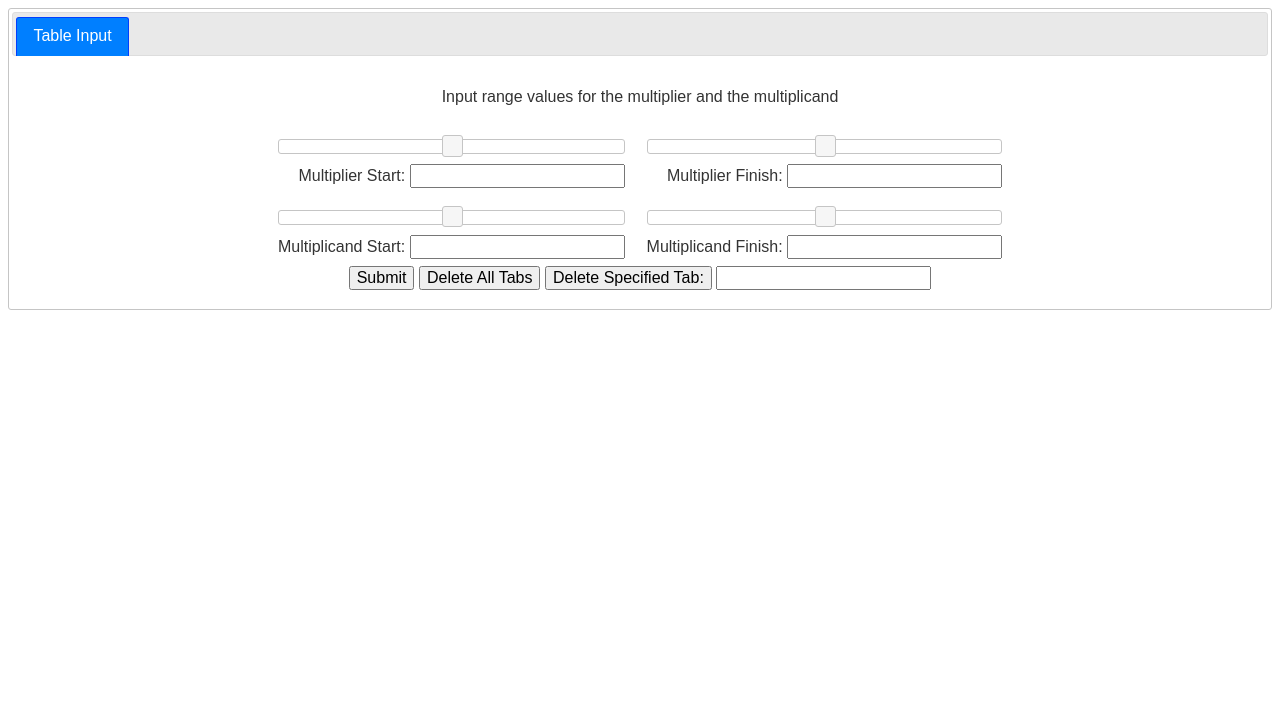
Repository: khrasna/HW4Part2
Page: index.html
An editor plug-in stored every save of this project. The page is shown before and after the next save, followed by the edit.
The browser window is 1280 px wide. The pictures show the whole page.
Some web libraries are served in a nearby version.

Above is the page before, as saved 2021-11-22 16:36:42.

After the next save:
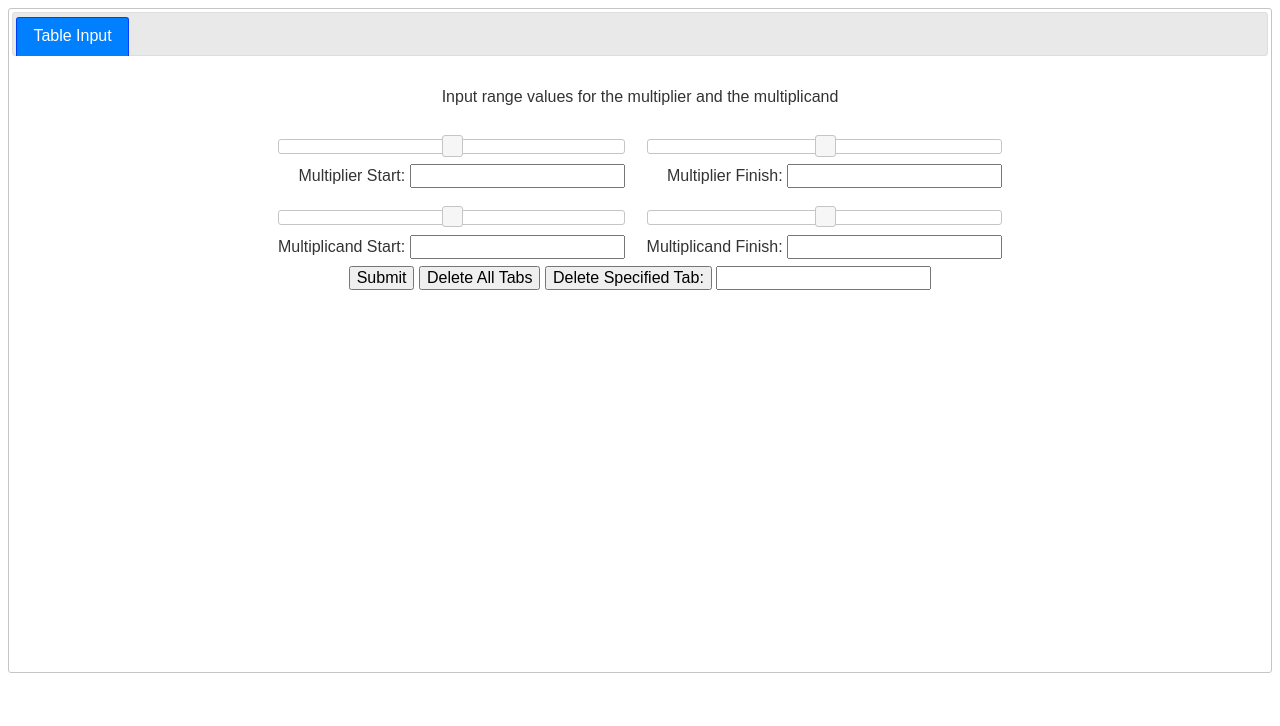
Saved 13 min 30 s later.
--- a/style.css
+++ b/style.css
@@ -11,6 +11,10 @@ body {
 #slider-4 {
     margin-bottom: 10px;
     margin-top: 10px;
+}
+
+div#tabs {
+    height: 97%;
 }
 
 div#tab1 {
